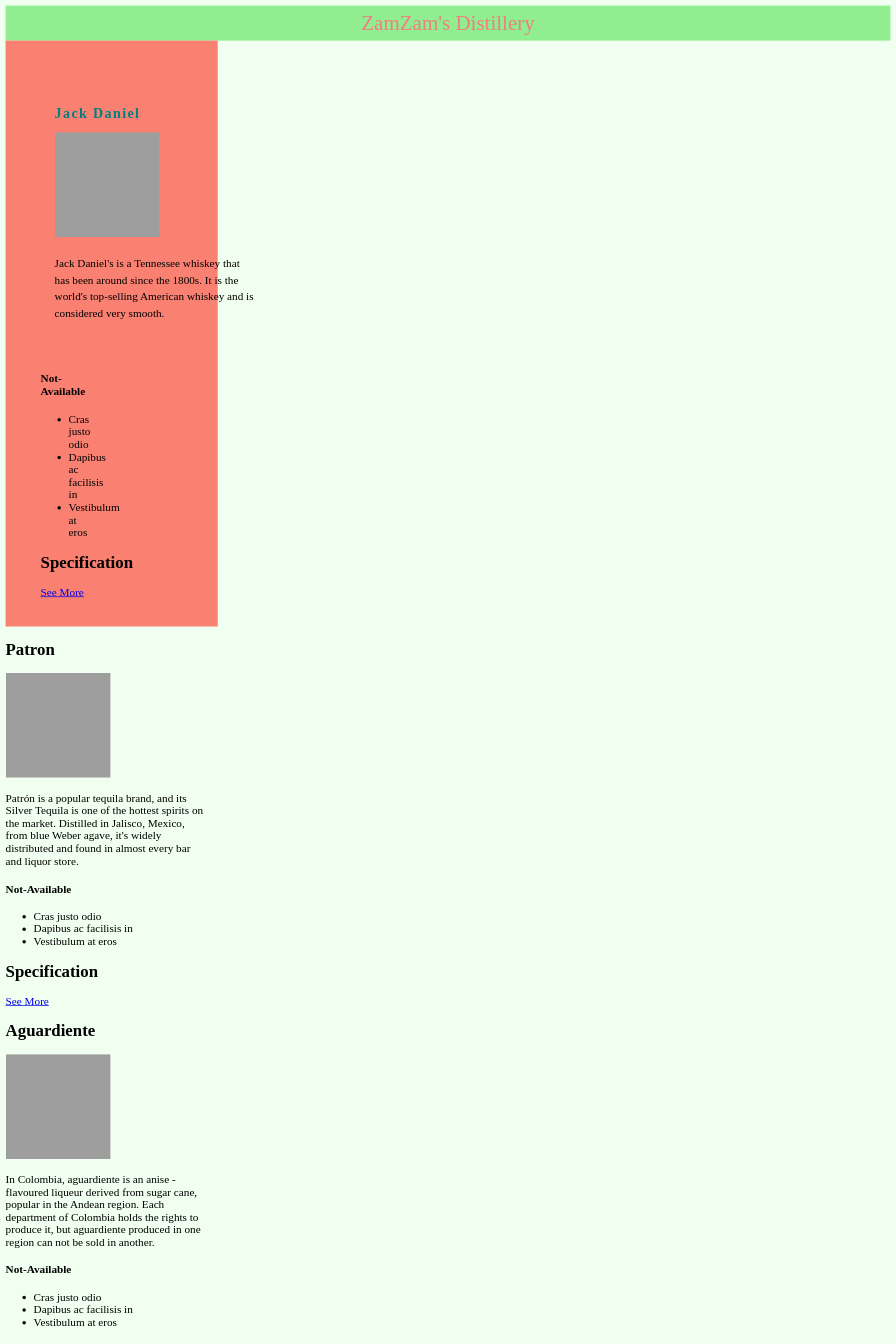
Repository: ZamlZam/REPO-11
Page: product-cards/index.html
These files come from the project's save history. The page is drawn as it stood at one moment and after the next save; the edit follows.
The browser window is 1280 px wide. The pictures show the part of the page from y = 0 to 1920 px (the page is 3133 px tall), at 70% of full size.
Pictures or frames that could not be fetched are drawn as grey boxes.

Above is the page before, as saved 2023-04-14 18:22:43.

After the next save:
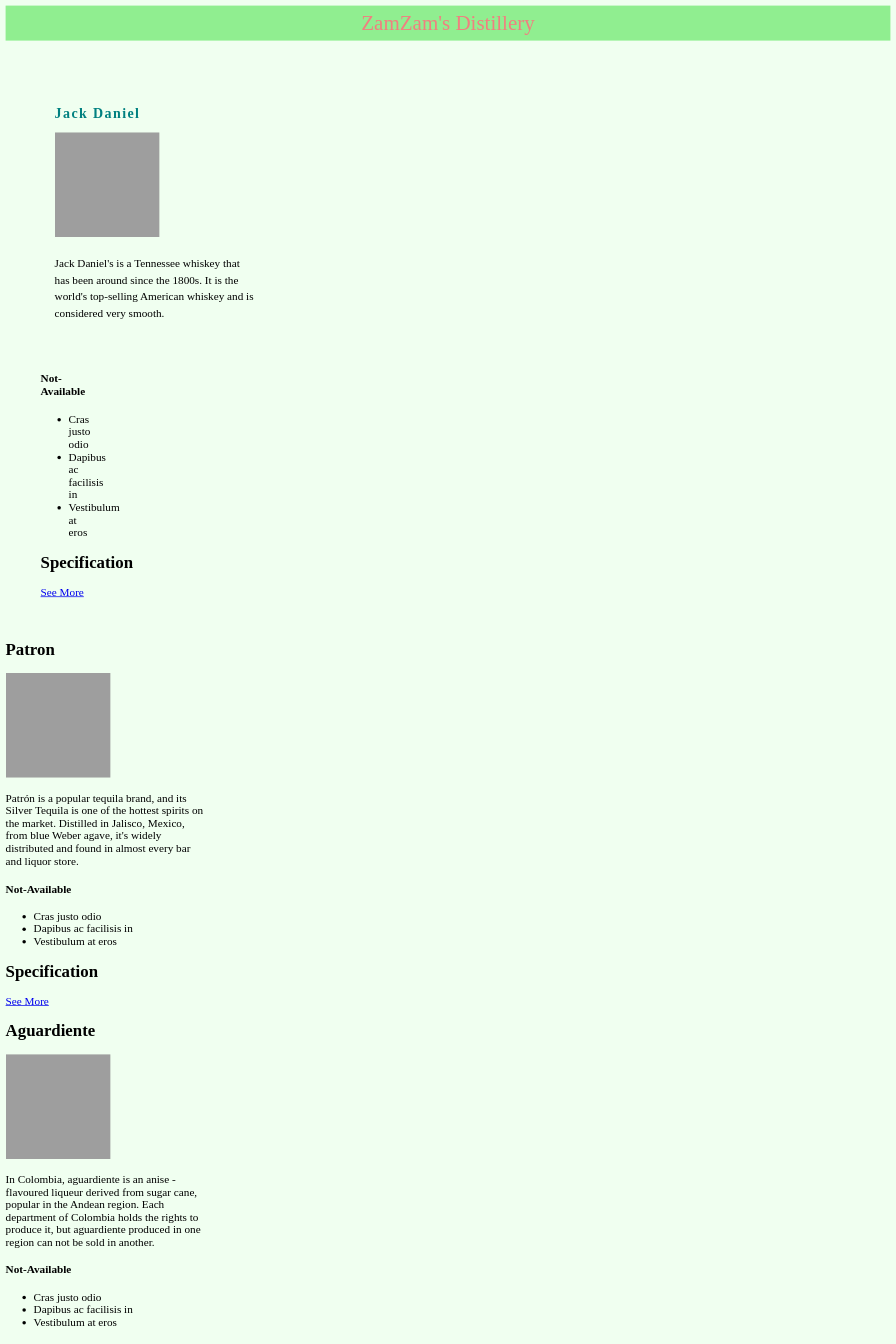
Saved 28 s later.
--- a/product-cards/main.css
+++ b/product-cards/main.css
@@ -17,7 +17,7 @@
 
 .card-wrap {
   padding: 25px;
-  background-color:salmon;
+
   width: 20%;
   height: 100%;
   display: flex;
